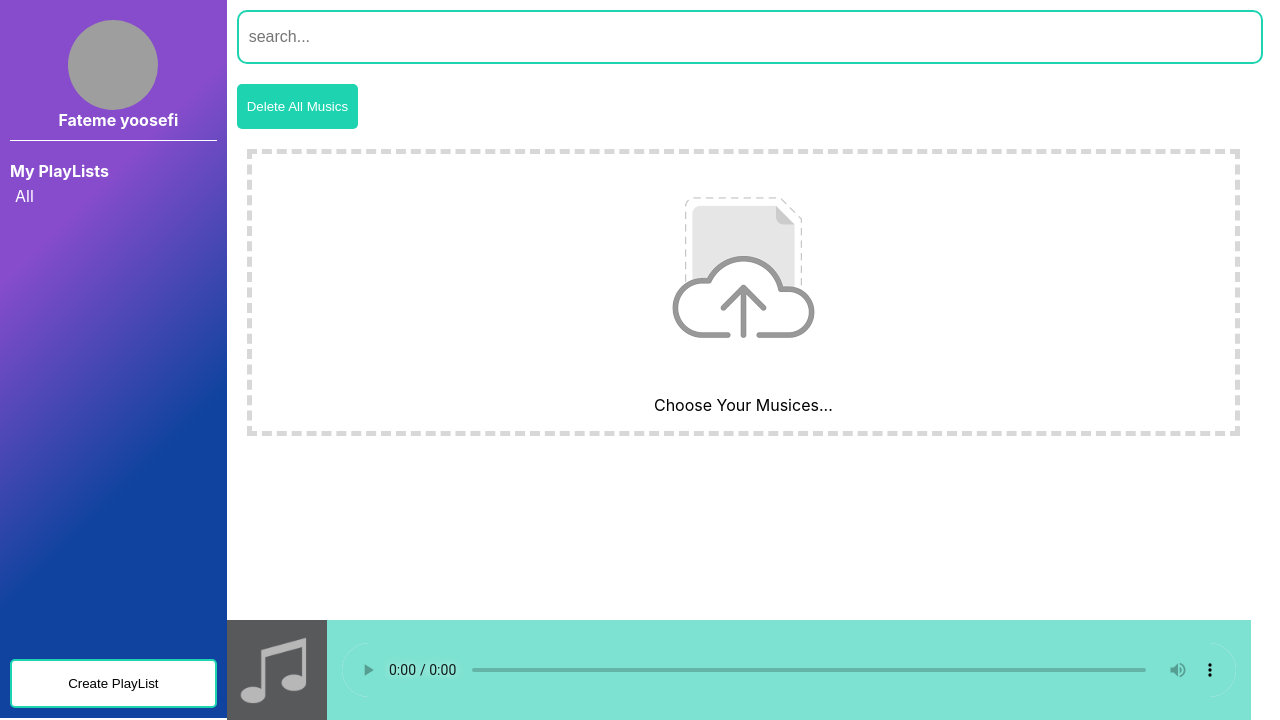
Repository: fateme81yosefi/musicPlayer
Page: /
The author's editor kept a copy of each file at every save. The page is drawn from the files as they stood at one save, then again after a run of saves.
The browser window is 1280 px wide. The pictures show the whole page.
Pictures or frames that could not be fetched are drawn as grey boxes. The project was rebuilt for these pictures with package versions that can differ from the ones it lists, and the page was loaded fresh each time.

Above is the page before, as saved 2025-06-28 13:46:37.

After the next 2 saves:
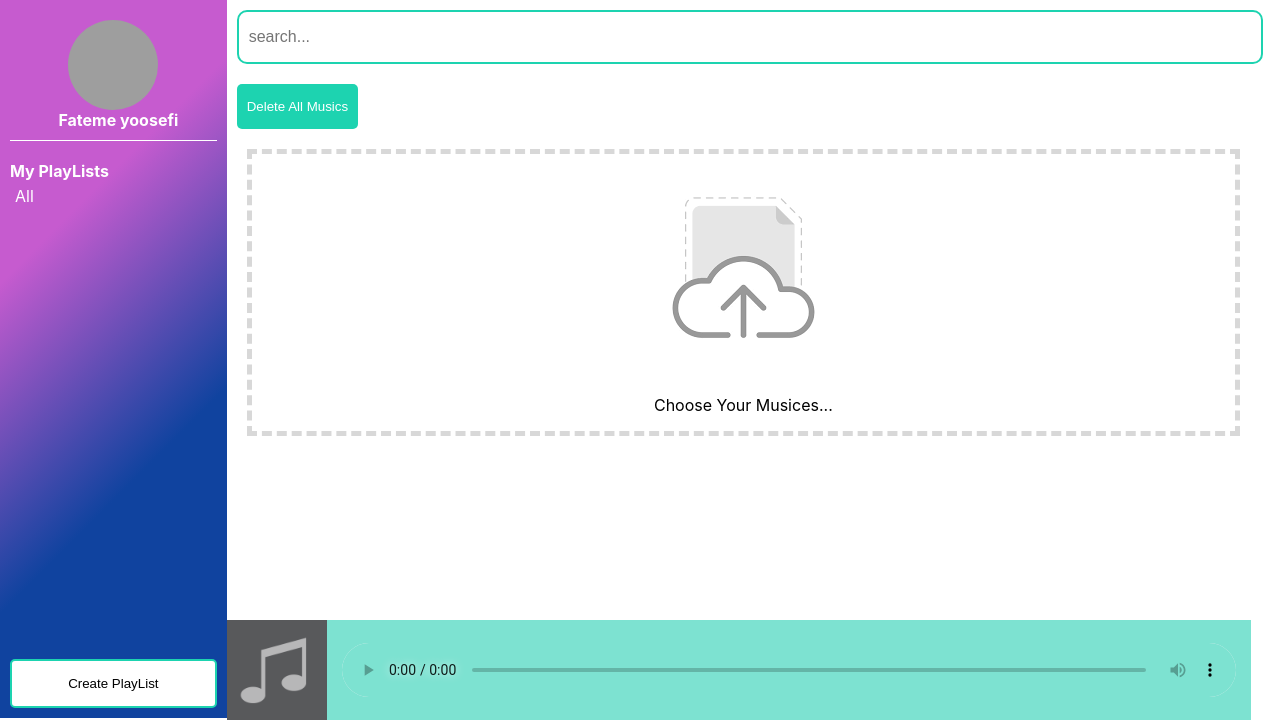
The 2 saves are shown as one change because they came seconds apart.
The last was saved 18 s later.
--- a/src/Components/MainPage/MainPage.css
+++ b/src/Components/MainPage/MainPage.css
@@ -6,8 +6,8 @@
 .leftMenue {
   background: linear-gradient(
     135deg,
-    #874CCC 0%,
-    #874CCC 30%,
+    #C65BCF 0%,
+    #C65BCF 30%,
     #10439F 65%,
     #10439F 100%
   );
